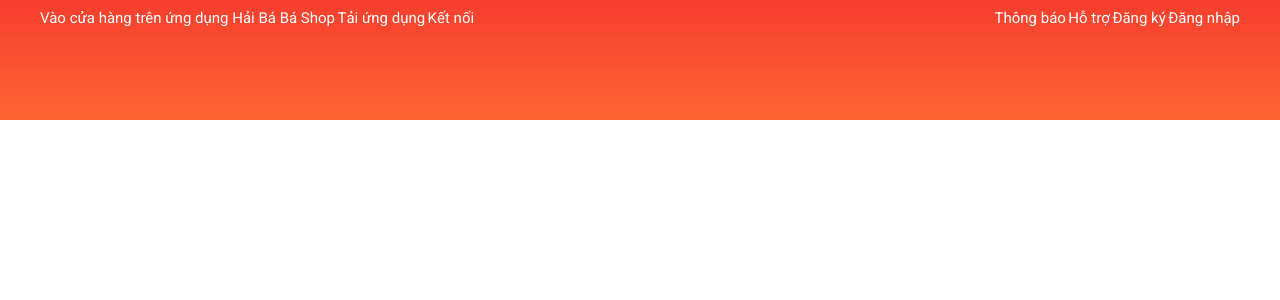
Repository: 0385246651/Shoppee-UI
Page: index.html
These files come from the project's save history. The page is drawn as it stood at one moment and after the next save; the edit follows.
The browser window is 1280 px wide. The pictures show the whole page.

Above is the page before, as saved 2022-11-03 17:33:41.

### index.html
<!DOCTYPE html>
<html lang="en">

<head>
    <meta charset="UTF-8">
    <meta http-equiv="X-UA-Compatible" content="IE=edge">
    <meta name="viewport" content="width=device-width, initial-scale=1.0">
    <title>Shoppee Fake</title>
    <link rel="stylesheet" href="https://cdnjs.cloudflare.com/ajax/libs/normalize/8.0.1/normalize.min.css"
        integrity="sha512-NhSC1YmyruXifcj/KFRWoC561YpHpc5Jtzgvbuzx5VozKpWvQ+4nXhPdFgmx8xqexRcpAglTj9sIBWINXa8x5w=="
        crossorigin="anonymous" referrerpolicy="no-referrer" />

    <link rel="preconnect" href="https://fonts.googleapis.com">
    <link rel="preconnect" href="https://fonts.gstatic.com" crossorigin>
    <link href="https://fonts.googleapis.com/css2?family=Roboto:wght@400;500;700&display=swap" rel="stylesheet">

    <link rel="stylesheet" href="./assets/css/base.css">
    <link rel="stylesheet" href="./assets/css/main.css">
</head>

<body>
    <div class="app ">
        <header class="header">
            <div class="grib">
                <nav class="header__navbar">
                    <ul class="header__navbar-list">
                        <li class="header__navbar-item">
                            Vào cửa hàng trên ứng dụng Hải Bá Bá Shop
                        </li>

                        <li class="header__navbar-item">
                            Tải ứng dụng
                        </li>

                        <li class=" header__navbar-item">
                            Kết nối
                        </li>
                    </ul>

                    <ul class="header__navbar-list">
                        <li class="header__navbar-item">
                            <a href="#" class="header__navbar-item-link">Thông báo</a>
                        </li>

                        <li class="header__navbar-item">
                            <a href="#" class="header__navbar-item-link">Hỗ trợ</a>

                        </li>

                        <li class=" header__navbar-item">
                            Đăng ký
                        </li>

                        <li class=" header__navbar-item">

                            Đăng nhập
                        </li>
                    </ul>
                </nav>
            </div>
        </header>

        <div class=" container">

        </div>

        <footer class="footer"></footer>
    </div>
</body>

</html>

### assets/css/base.css
/* Reset CSS */
:root{
    --white-color: #fff;
    --black-color: #000;
    ---text-color: #333;
}

*{
    box-sizing: inherit;

}

html{
    /* Hack  */
    font-size: 62.5%;
    line-height: 1.6rem;
    font-family: 'Roboto', sans-serif;
    box-sizing: border-box;
}

body{

}

.grib{
    width: 1200px;
    max-width: 100%;
    margin: 0 auto;
}

.grib__full-width{
    width: 100%;
}

.grib__row{
    display: flex;
    flex-wrap: wrap;
}

### assets/css/main.css
.header{
    height: 120px;
    background-image: linear-gradient(0, #fe6433, #f53e2d);
    }

    .header__navbar{
        display: flex;
        justify-content: space-between;
    }

    .header__navbar-list{
        list-style: none;
        padding-left: 0;
    }

    .header__navbar-item,
    .header__navbar-item-link{
        display: inline-block;
        font-size: 1.5rem;
        color: var(--white-color);
        text-decoration: none;
        font-weight: 400
    }

After the next save:
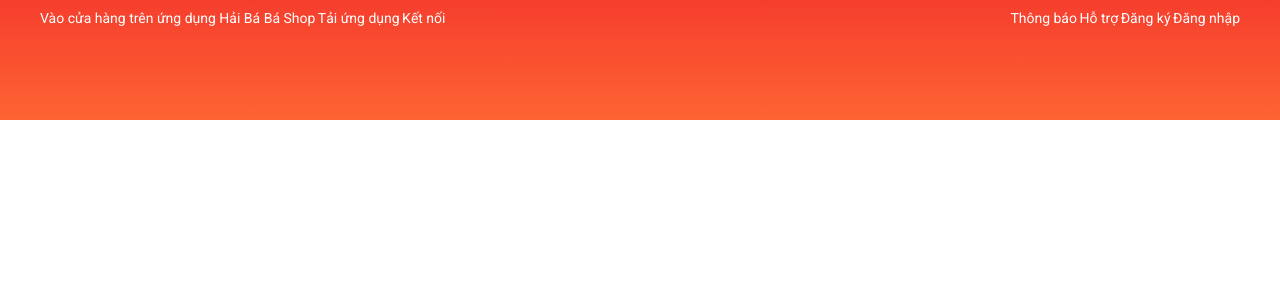
Saved 12 s later.
--- a/assets/css/main.css
+++ b/assets/css/main.css
@@ -16,8 +16,8 @@
     .header__navbar-item,
     .header__navbar-item-link{
         display: inline-block;
-        font-size: 1.5rem;
+        font-size: 1.4rem;
         color: var(--white-color);
         text-decoration: none;
-        font-weight: 400
+        font-weight: 300
     }
